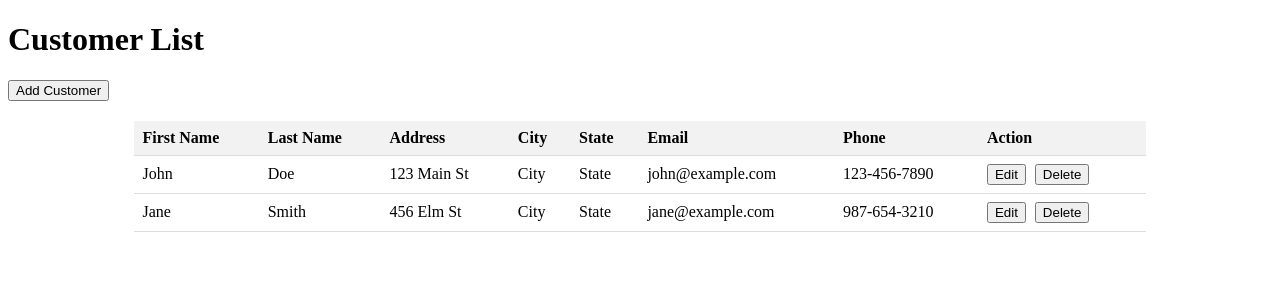
Repository: Shamanth-S/Customer-management
Page: DEMO/src/main/webapp/customer_list.html
These files come from the project's save history. The page is drawn as it stood at one moment and after the next save; the edit follows.
The browser window is 1280 px wide. The pictures show the whole page.

Above is the page before, as saved 2023-09-06 08:18:11.

### DEMO/src/main/webapp/customer_list.html
<!DOCTYPE html>
<html>
<head>
    <title>Customer List</title>
    <style>
        /* Add your CSS styles here */
        table {
            width: 80%;
            border-collapse: collapse;
            margin: 20px auto;
        }

        th, td {
            padding: 8px;
            text-align: left;
            border-bottom: 1px solid #ddd;
        }

        th {
            background-color: #f2f2f2;
        }

        .action-buttons button {
            margin-right: 5px;
        }
    </style>
</head>
<body>
    <h1>Customer List</h1>
    <button onclick="location.href='add_customer.html'">Add Customer</button>
    <table>
        <thead>
            <tr>
                <th>First Name</th>
                <th>Last Name</th>
                <th>Address</th>
                <th>City</th>
                <th>State</th>
                <th>Email</th>
                <th>Phone</th>
                <th>Action</th>
            </tr>
        </thead>
        <tbody id="customer-list">
            <!-- Customer data will be inserted here -->
        </tbody>
    </table>

    <script>
        // Mock customer data (you should fetch real data from your database)
        const customers = [
            { id: 1, firstName: 'John', lastName: 'Doe', address: '123 Main St', city: 'City', state: 'State', email: 'john@example.com', phone: '123-456-7890' },
            { id: 2, firstName: 'Jane', lastName: 'Smith', address: '456 Elm St', city: 'City', state: 'State', email: 'jane@example.com', phone: '987-654-3210' }
            // Add more customer objects as needed
        ];

        // Function to display customers in the table
        function displayCustomers() {
            const customerTable = document.getElementById('customer-list');
            customerTable.innerHTML = ''; // Clear the table

            customers.forEach(customer => {
                const row = document.createElement('tr');
                row.innerHTML = `
                    <td>${customer.firstName}</td>
                    <td>${customer.lastName}</td>
                    <td>${customer.address}</td>
                    <td>${customer.city}</td>
                    <td>${customer.state}</td>
                    <td>${customer.email}</td>
                    <td>${customer.phone}</td>
                    <td class="action-buttons">
                        <button onclick="editCustomer(${customer.id})">Edit</button>
                        <button onclick="deleteCustomer(${customer.id})">Delete</button>
                    </td>
                `;
                customerTable.appendChild(row);
            });
        }

        // Function to delete a customer (in-memory)
        function deleteCustomer(customerId) {
            const index = customers.findIndex(customer => customer.id === customerId);
            if (index !== -1) {
                customers.splice(index, 1); // Remove the customer from the array
                displayCustomers(); // Refresh the table
            }
        }

        // Function to edit a customer (in-memory)
        function editCustomer(customerId) {
            // In a real application, you would navigate to an edit page
            // Here, we'll just display a message
            alert(`Editing customer with ID ${customerId}`);
        }

        // Initial display of customers
        displayCustomers();
    </script>
</body>
</html>

After the next save:
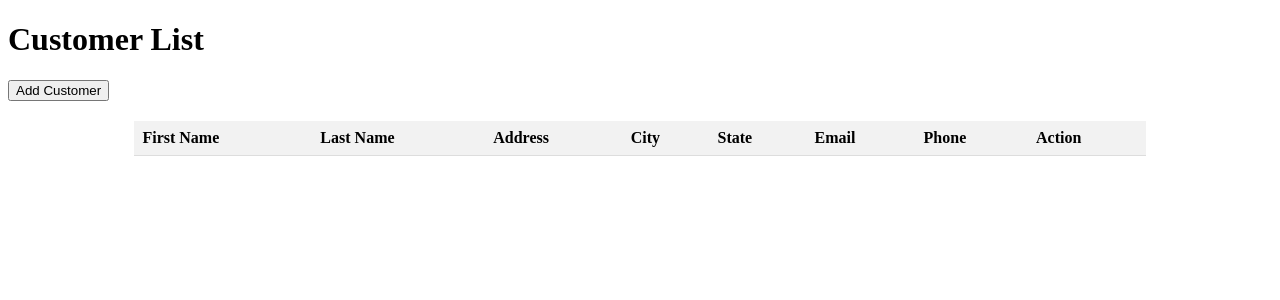
Console error: ReferenceError: customers is not defined
Saved 54 s later.
--- a/DEMO/src/main/webapp/customer_list.html
+++ b/DEMO/src/main/webapp/customer_list.html
@@ -48,12 +48,6 @@
 
     <script>
         // Mock customer data (you should fetch real data from your database)
-        const customers = [
-            { id: 1, firstName: 'John', lastName: 'Doe', address: '123 Main St', city: 'City', state: 'State', email: 'john@example.com', phone: '123-456-7890' },
-            { id: 2, firstName: 'Jane', lastName: 'Smith', address: '456 Elm St', city: 'City', state: 'State', email: 'jane@example.com', phone: '987-654-3210' }
-            // Add more customer objects as needed
-        ];
-
         // Function to display customers in the table
         function displayCustomers() {
             const customerTable = document.getElementById('customer-list');
